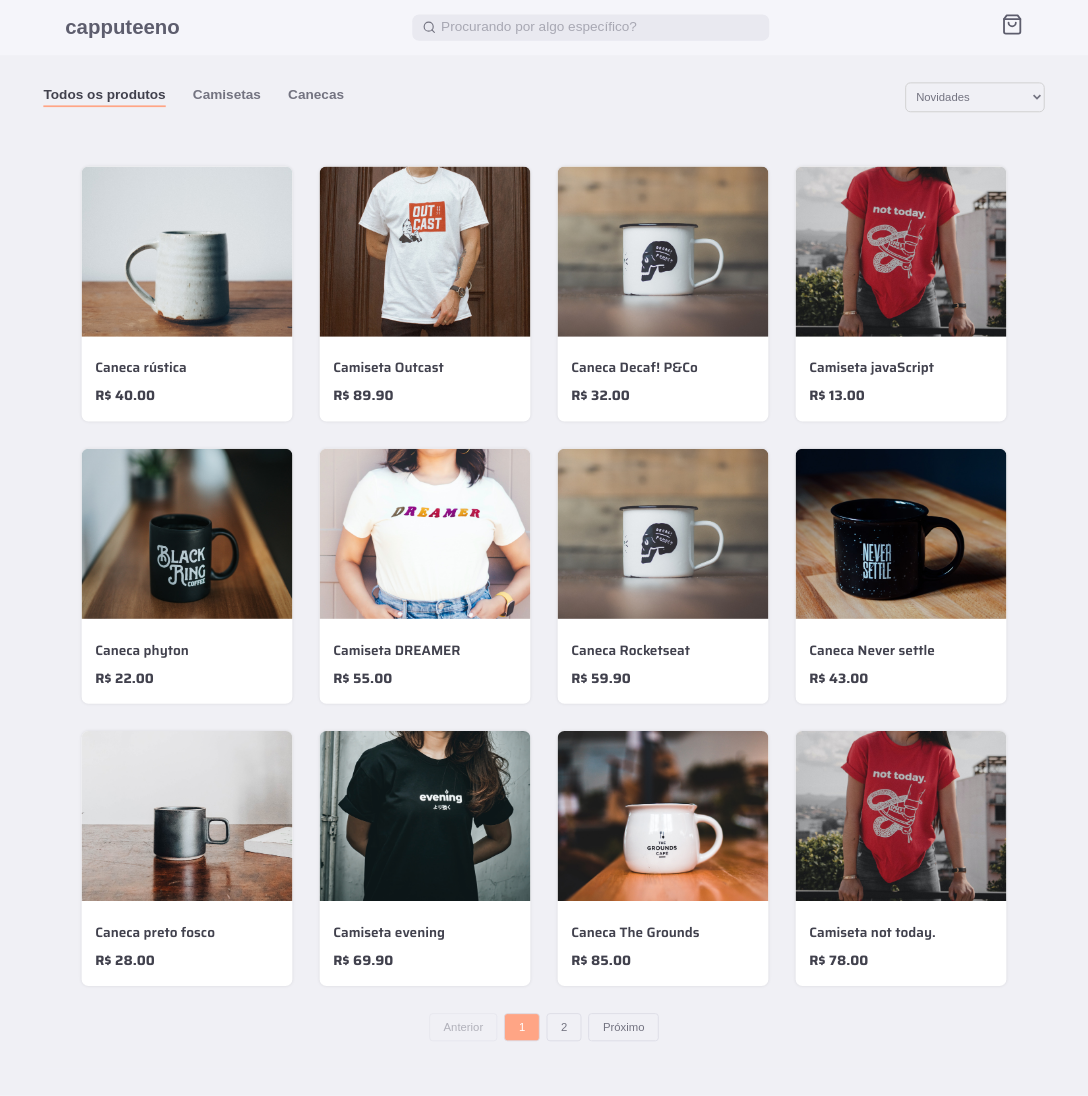
Repository: Biel-barbosa/capputeenoecomerce
Page: /
These files come from the project's save history. The page is drawn as it stood at one moment and after the next save; the edit follows.
The browser window is 1280 px wide. The pictures show the whole page, at 85% of full size.
Some web fonts or font styles are not loaded; a fallback is used. The project was rebuilt for these pictures with package versions that can differ from the ones it lists, and the page was loaded fresh each time. The framework's server and built-in components were replaced by stand-ins that run in the browser. Also part of the build but not shown: next.config.ts.

Above is the page before, as saved 2025-04-25 15:59:43.

After the next save:
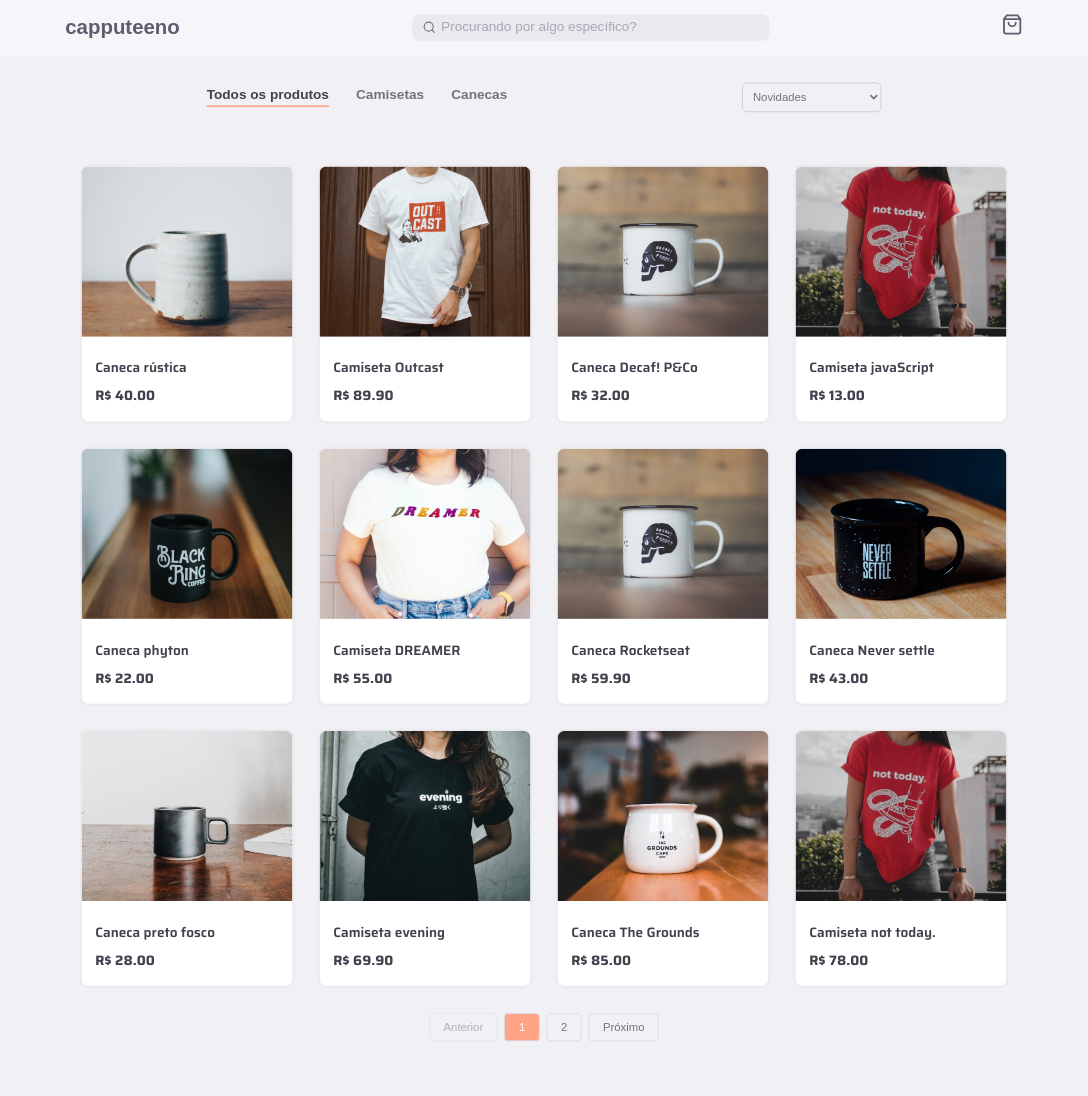
Saved 6 s later.
--- a/src/app/page.tsx
+++ b/src/app/page.tsx
@@ -32,7 +32,7 @@ const FiltersWrapper = styled.div`
   align-items: center;
   flex-wrap: wrap;
   margin-bottom: 2rem;
-  padding: 0rem 12rem
+  padding: 0rem 12rem;
 
   @media (max-width: 768px) {
     flex-direction: column;
